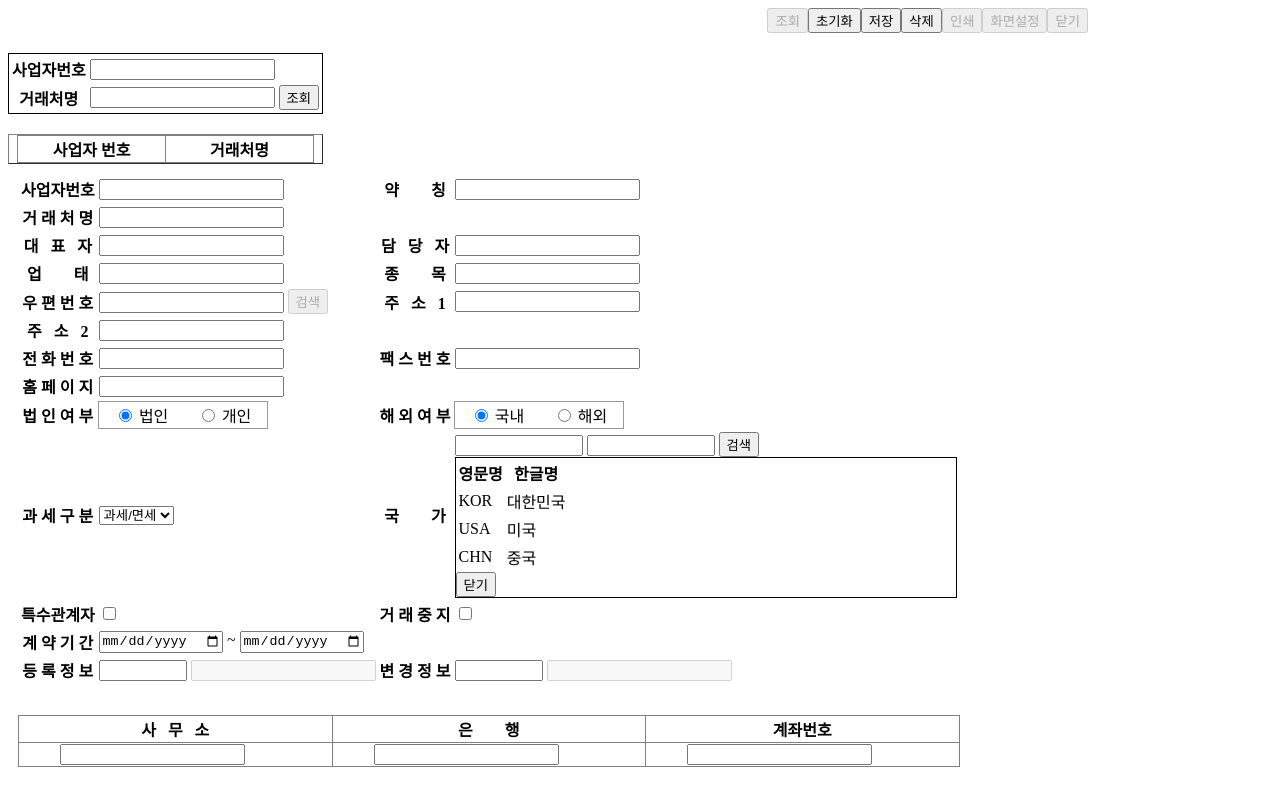
Repository: Chocobe/-practice-FrontSide-Tip
Page: http://localhost/wishTestProject/views/accountManager/accountManagerView.jsp
These files come from the project's save history. The page is drawn as it stood at one moment and after the next save; the edit follows.
The browser window is 1280 px wide. The pictures show the whole page.
The page is served by Tomcat 9. Nobody is signed in. The application's start-up code is not run. Other server files are loaded and not shown.

Above is the page before, as saved 2020-02-27 07:58:13.

### wishTest/wishTestProject/WebContent/views/accountManager/accountManagerView.jsp
<%@page import="java.util.Date"%>
<%@page import="java.io.File"%>
<%@ page
	language="java"
	contentType="text/html;charset=UTF-8"
	pageEncoding="UTF-8"

	info="거래처 관리 페이지"
%>

<%@ taglib prefix="c" uri="http://java.sun.com/jsp/jstl/core" %>

<c:set var="contextPath" value="<%= request.getContextPath() %>"/>


<%
	String accountManagerView_css = application.getRealPath("/css/accountManager/accountManagerView.css");
	File accountManagerView_css_file = new File(accountManagerView_css);
	Date accountManagerView_css_ver = new Date(accountManagerView_css_file.lastModified());

	String accountManagerView_js = application.getRealPath("/js/accountManager/accountManagerView.js");
	File accountManagerView_js_file = new File(accountManagerView_js);
	Date accountManagerView_js_ver = new Date(accountManagerView_js_file.lastModified());
%>

<c:set var="accountManagerView_css_ver" value="<%= accountManagerView_css_ver %>"/>
<c:set var="accountManagerView_js_ver" value="<%= accountManagerView_js_ver %>"/>


<!DOCTYPE html>
<html lang="ko">
    <head>
        <meta charset="UTF-8">
        <title>거래처 관리</title>

        <link href="${contextPath}/css/accountManager/accountManagerView.css?ver=${accountManagerView_css_ver}" rel="stylesheet" type="text/css">
    </head>

    <body>
        <div class="wrap">
            <!-- 버튼 컨테이너 -->
            <div class="buttonContainer">
                <input type="button" class="search" value="조회" disabled>
                <input type="button" class="init" value="초기화" onclick="initPage(`${contextPath}`);">
                <input type="button" class="insert" value="저장" onclick="insertData(`${contextPath}`);">
                <input type="button" class="delete" value="삭제" onclick="deleteData(`${contextPath}`);">
                <input type="button" class="print" value="인쇄" disabled>
                <input type="button" class="config" value="화면설정" disabled>
                <input type="button" class="close" value="닫기" disabled>
            </div>


            <!-- 검색 컨테이너 -->
            <div class="searchContainer">
                <!-- 검색창 -->
                <div class="searchInnerContainer">
                    <table>
                        <tr>
                            <th>사업자번호</th>

                            <td>
                                <input type="text" name="voBusiNum" class="searchVoBusiNum">
                            </td>

                            <td></td>
                        </tr>

                        <tr>
                            <th>거래처명</th>

                            <td>
                                <input type="text" name="voCustom" class="searchVoCustom">
                            </td>

                            <td>
                                <input type="submit" value="조회" onclick="searchData(`${contextPath}`);">
                            </td>
                        </tr>
                    </table>
                </div>


                <!-- 검색 결과창 -->
                <div class="resultContainer">
                    <table border="1" style="border-collapse: collapse">
                        <tr>
                            <th>사업자 번호</th>
                            <th>거래처명</th>
                        </tr>
                    </table>
                </div>
            </div>


            <!-- 입력 컨테이너 -->
            <!-- "저장"버튼 - js로 submit() -->
            <div class="insertContainer">
                <form class="insertForm" action="${contextPath}/insertCustom.do" method="POST">
                    <table>
                        <tr>
                            <th>사업자번호</th>

                            <td>
                                <input type="text" name="voBusiNum" class="voBusiNum">
                                <input type="hidden" name="voBusiNumOrigin" class="voBusiNumOrigin">
                            </td>


                            <th>약&nbsp;&nbsp;&nbsp;&nbsp;&nbsp;&nbsp;&nbsp;&nbsp;칭</th>

                            <td>
                                <input type="text" name="voShort" class="voShort">
                            </td>
                        </tr>

                        <tr>
                            <th>거 래 처 명</th>

                            <td colspan="4">
                                <input type="text" name="voCustom" class="voCustom longBox">
                            </td>
                        </tr>

                        <tr>
                            <th>대&nbsp;&nbsp;&nbsp;표&nbsp;&nbsp;&nbsp;자</th>

                            <td>
                                <input type="text" name="voCEO" class="voCEO">
                            </td>


                            <th>담&nbsp;&nbsp;&nbsp;당&nbsp;&nbsp;&nbsp;자</th>

                            <td>
                                <input type="text" name="voChargePerson" class="voChargePerson">
                            </td>
                        </tr>

                        <tr>
                            <th>업&nbsp;&nbsp;&nbsp;&nbsp;&nbsp;&nbsp;&nbsp;&nbsp;태</th>

                            <td>
                                <input type="text" name="voBusiCondition" class="voBusiCondition">
                            </td>


                            <th>종&nbsp;&nbsp;&nbsp;&nbsp;&nbsp;&nbsp;&nbsp;&nbsp;목</th>

                            <td>
                                <input type="text" name="voItem" class="voItem">
                            </td>
                        </tr>

                        <tr>
                            <th>우 편 번 호</th>

                            <td>
                                <input type="text" name="voPostNum" class="voPostNum">
                                <input type="button" class="postSearchButton" value="검색" disabled>
                            </td>

                            <th>주&nbsp;&nbsp;&nbsp;소&nbsp;&nbsp;&nbsp;1</th>

                            <td>
                                <input type="text" name="voAddr1" class="voAddr1">
                            </td>
                        </tr>

                        <tr>
                            <th>주&nbsp;&nbsp;&nbsp;소&nbsp;&nbsp;&nbsp;2</th>

                            <td colspan="3">
                                <input type="text" name="voAddr2" class="voAddr2">
                            </td>
                        </tr>

                        <tr>
                            <th>전 화 번 호</th>

                            <td>
                                <input type="text" name="voTEL" class="voTEL">
                            </td>

                            <th>팩 스 번 호</th>

                            <td>
                                <input type="text" name="voFAX" class="voFAX">
                            </td>
                        </tr>

                        <tr>
                            <th>홈 페 이 지</th>

                            <td colspan="3">
                                <input type="text" name="voHomePage" class="voHomePage">
                            </td>
                        </tr>

                        <tr>
                            <th>법 인 여 부</th>

                            <td class="alignTD" style="border: 1px solid #999;">
                                <div class="radioWrap">
                                    <input type="radio" name="voCoYN" class="voCoYN voCoYN_Y" id="voCoYN_L" value="Y" checked>
                                    <label for="voCoYN_L">법인</label>
                                </div>

                                <div class="radioWrap">
                                    <input type="radio" name="voCoYN" class="voCoYN voCoYN_N" id="voCoYN_P" value="N">
                                    <label for="voCoYN_P">개인</label>
                                </div>
                            </td>

                            <th>해 외 여 부</th>

                            <td class="alignTD" style="border: 1px solid #999;">
                                <div class="radioWrap">
                                    <input type="radio" name="voForeignYN" class="voForeignYN voForeignYN_N" id="voForeignYN_L" value="N" checked>
                                    <label for="voForeignYN_L">국내</label>
                                </div>

                                <div class="radioWrap">
                                    <input type="radio" name="voForeignYN" class="voForeignYN voForeignYN_Y" id="voForeignYN_P" value="Y">
                                    <label for="voForeignYN_P">해외</label>
                                </div>
                            </td>
                        </tr>

                        <tr>
                            <th>과 세 구 분</th>

                            <td>
                                <select name="voTaxYN" class="voTaxYN">
                                    <option value="Y" selected>과세/면세</option>
                                    <option value="N">비과세</option>
                                </select>
                            </td>

                            <th>국&nbsp;&nbsp;&nbsp;&nbsp;&nbsp;&nbsp;&nbsp;&nbsp;가</th>

                            <td>
                                <!-- 수정불가로 변경할 것 -->
                                <input type="text" name="voCountryENG" class="voCountryENG">
                                <input type="text" name="voCountryKOR" class="voCountryKOR">

                                <!-- js로 국가 목록 출력 & 위의 입력값에 대입 -->
                                <input type="button" value="검색" onclick="">

                                <div class="countryPop">
                                    <table>
                                        <tr>
                                            <th>영문명</th>
                                            <th>한글명</th>
                                        </tr>

                                        <tr>
                                            <td>KOR</td>
                                            <td>대한민국</td>
                                        </tr>

                                        <tr>
                                            <td>USA</td>
                                            <td>미국</td>
                                        </tr>

                                        <tr>
                                            <td>CHN</td>
                                            <td>중국</td>
                                        </tr>
                                    </table>

                                    <input type="button" class="countryPopCloseButton" value="닫기" onclick="">
                                </div>
                            </td>
                        </tr>

                        <tr>
                            <th>특수관계자</th>

                            <td>
                                <input type="checkbox" name="voSpecialRelation" class="voSpecialRelation" value="Y">
                            </td>

                            <th>거 래 중 지</th>

                            <td>
                                <input type="checkbox" name="voTradeStop" class="voTradeStop" value="Y">
                            </td>
                        </tr>

                        <tr>
                            <th>계 약 기 간</th>

                            <td colspan="3">
                                <input type="date" name="voContractPeriod_S" class="voContractPeriod_S">
                                ~
                                <input type="date" name="voContractPeriod_E" class="voContractPeriod_E">
                            </td>
                        </tr>

                        <tr>
                            <th>등 록 정 보</th>

                            <td>
                                <input type="text" name="voRegiInfoMan" class="voRegiInfoMan">
                                <input type="text" name="voRegiInfoDate" class="voRegiInfoDate" disabled>
                            </td>

                            <th>변 경 정 보</th>

                            <td>
                                <input type="text" name="voModiInfoMan" class="voModiInfoMan">
                                <input type="text" name="voModiInfoDate" class="voModiInfoDate" disabled>
                            </td>
                        </tr>
                    </table>


                    <!-- 거래처 계좌정보 -->
                    <table class="accountInfoTable" border="1" style="border-collapse: collapse;">
                        <tr>
                            <th>사&nbsp;&nbsp;&nbsp;무&nbsp;&nbsp;&nbsp;소</th>
                            <th>은&nbsp;&nbsp;&nbsp;&nbsp;&nbsp;&nbsp;&nbsp;&nbsp;행</th>
                            <th>계좌번호</th>
                        </tr>

                        <tr>
                            <td>
                                <input type="text" name="voFactory" class="voFactory">
                            </td>

                            <td>
                                <input type="text" name="voTradeBank" class="voTradeBank">
                            </td>

                            <td>
                                <input type="text" name="voAccountNum" class="voAccountNum">
                            </td>
                        </tr>
                    </table>
                </form>
            </div>
        </div>


        <script src="http://code.jquery.com/jquery-latest.min.js"></script>
        <script src="${contextPath}/js/accountManager/accountManagerView.js?ver=${accountManagerView_js_ver}" type="text/javascript"></script>
    </body>
</html>

### wishTest/wishTestProject/WebContent/css/accountManager/accountManagerView.css
@charset "UTF-8";

/* .wrap */
    .wrap {
        width: 1080px;

        display: flex;
        flex-flow: row wrap;

        position: relative;
    }


/* .buttonContainer */
    .buttonContainer {
        width: 100%;

        margin-bottom: 20px;

        display: flex;
        flex-flow: row wrap;
        justify-content: flex-end;
    }


/* .searchContainer */
    .searchContainer {
        margin-right: 10px;
        position: relative;
    }


    /* .searchInnerContainer */
    .searchContainer .searchInnerContainer {
        border: 1px solid #000;

        margin-bottom: 20px;
    }


    /* .resultContainer */
    .searchContainer .resultContainer {
    }

    .searchContainer .resultContainer table {
        display: flex;
        justify-content: center;
    }

    .searchContainer .resultContainer table tr th,
    .searchContainer .resultContainer table tr td {
        width: 145px;

        text-align: center;
    }



    .insertContainer .insertForm {
        padding: 10px;
    }

    .insertContainer .insertForm tr .alignTD {
        width: 166px;

        display: flex;
        flex-flow: row wrap;
        justify-content: space-around;
    }

    .insertContainer .insertForm .voCountryENG,
    .insertContainer .insertForm .voCountryKOR {
        width: 120px;
    }


    .insertContainer .insertForm .countryPop {
    	width: 500px;

    	border: 1px solid #000;
    }



    /* .accountInfoTable */
    .accountInfoTable {
        width: 100%;

        margin-top: 30px;
    }

    .accountInfoTable tr td input {
        margin-left: 40px;
        text-align: center;
    }

    .voRegiInfoMan,
    .voModiInfoMan {
    	width: 80px;
    }

### wishTest/wishTestProject/WebContent/js/accountManager/accountManagerView.js
let parsedJSON = null;
let insertButtonURL;

const insertURL = "/insertAccountManagerData.do";
const updateURL = "/updateAccountManagerData.do";

// 초기화
$(function() {
	insertButtonURL = insertURL;
});


// 입력창 초기화
	function initPage(context) {
		location.href = context + "/accountManagerView.do";
	}


// 거래처 검색버튼 메서드
	function searchData(context) {
		const resultContainerTable = $(".resultContainer").children("table").children("tbody");

		const voBusiNum = $(".searchVoBusiNum").val();
		const voCustom = $(".searchVoCustom").val();

		$.ajax({
			type: "POST",
			async: true,
			url: context + "/searchAccountManagerData.do",
			dataType: "TEXT",
			data: {
				"voBusiNum": voBusiNum,
				"voCustom": voCustom
			},
			success: function(jsonString, status) {
				insertButtonURL = updateURL;

				parsedJSON = JSON.parse(jsonString);
				$(".searchCustomData").remove();

				if(parsedJSON == null) {
					alert("데이터를 찾을 수 없습니다.");
					return;
				}

				const tr = $("<tr>").attr({
					"class": "searchCustomData",
				});
				const newBusiNum = $("<td>").text(parsedJSON.customVO.voBusiNum);
				const newCustom = $("<td>").text(parsedJSON.customVO.voCustom);

				$(tr).dblclick(function() {
					viewTotalData();
					alert(insertButtonURL);
				});


				$(tr).append(newBusiNum);
				$(tr).append(newCustom);

				$(resultContainerTable).append(tr);

				/* 출력형식
	            <tr class="searchCustomData">
	                <td>111-11-11111</td>
	                <td>롯데마트</td>
	            </tr>
	            */
			}
		});
	}


	function viewTotalData() {
		/* CUSTOM 데이터 */
		$(".voBusiNum").val(parsedJSON.customVO.voBusiNum);
		$(".voBusiNumOrigin").val(parsedJSON.customVO.voBusiNum);
		$(".voCustom").val(parsedJSON.customVO.voCustom);
		$(".voShort").val(parsedJSON.customVO.voShort);

		$(".voCEO").val(parsedJSON.customVO.voCEO);
		$(".voChargePerson").val(parsedJSON.customVO.voChargePerson);
		$(".voBusiCondition").val(parsedJSON.customVO.voBusiCondition);
		$(".voItem").val(parsedJSON.customVO.voItem);
		$(".voPostNum").val(parsedJSON.customVO.voPostNum);

		$(".voAddr1").val(parsedJSON.customVO.voAddr1);
		$(".voAddr2").val(parsedJSON.customVO.voAddr2); // jj

		$(".voTEL").val(parsedJSON.customVO.voTEL);
		$(".voFAX").val(parsedJSON.customVO.voFAX);
		$(".voHomePage").val(parsedJSON.customVO.voHomePage);


		const voCoYN = parsedJSON.customVO.voCoYN;
		if(voCoYN == "N") {
			$(".voCoYN_N").prop("checked", true);
		}

		const voForeignYN = parsedJSON.customVO.voForeignYN;
		if(voForeignYN == "Y") {
			$(".voForeignYN_Y").prop("checked", true);
		}

		const voTaxYN = parsedJSON.customVO.voTaxYN;
		if(voTaxYN == "N") {
			$(".voTaxYN").val("N");
		}

		$(".voCountryENG").val(parsedJSON.customVO.voCountryENG);
		$(".voCountryKOR").val(parsedJSON.customVO.voCountryKOR);

		const voSpecialRelation = parsedJSON.customVO.voSpecialRelation;
		if(voSpecialRelation == "Y") {
			$(".voSpecialRelation").prop("checked", true);
		}

		const voTradeStop = parsedJSON.customVO.voTradeStop;
		if(voTradeStop == "Y") {
			$(".voTradeStop").prop("checked", true);
		}

		$(".voContractPeriod_S").val(parsedJSON.customVO.voContractPeriod_S_String);
		$(".voContractPeriod_E").val(parsedJSON.customVO.voContractPeriod_E_String);

		$(".voRegiInfoMan").val(parsedJSON.customVO.voRegiInfoMan);
		$(".voRegiInfoDate").val(parsedJSON.customVO.voRegiInfoDate_String);

		$(".voModiInfoMan").val(parsedJSON.customVO.voModiInfoMan);
		$(".voModiInfoDate").val(parsedJSON.customVO.voModiInfoDate_String);

		/* ACCOUNT 데이터 */
		$(".voFactory").val(parsedJSON.accountVO.voFactory);
		$(".voTradeBank").val(parsedJSON.accountVO.voTradeBank);
		$(".voAccountNum").val(parsedJSON.accountVO.voAccountNum);
	}


// 거래처 데이터 저장버튼 메서드
	function insertData(context) {
		$.ajax({
			type: "POST",
			async: true,
			url: context + insertButtonURL,
			dataType: "TEXT",
			data: {
				"voBusiNum": $(".voBusiNum").val(),
				"voBusiNumOrigin": $(".voBusiNumOrigin").val(),
				"voCustom": $(".voCustom").val(),
				"voShort": $(".voShort").val(),

				"voCEO": $(".voCEO").val(),
				"voChargePerson": $(".voChargePerson").val(),
				"voBusiCondition": $(".voBusiCondition").val(),
				"voItem": $(".voItem").val(),
				"voPostNum": $(".voPostNum").val(),

				"voAddr1": $(".voAddr1").val(),
				"voAddr2": $(".voAddr2").val(),

				"voTEL": $(".voTEL").val(),
				"voFAX": $(".voFAX").val(),
				"voHomePage": $(".voHomePage").val(),

				"voCoYN": $(".voCoYN:checked").val(),
				"voForeignYN": $(".voForeignYN:checked").val(),
				"voTaxYN": $(".voTaxYN").val(),

				"voCountryENG": $(".voCountryENG").val(),
				"voCountryKOR": $(".voCountryKOR").val(),

				"voSpecialRelation": $(".voSpecialRelation:checked").val(),
				"voTradeStop": $(".voTradeStop:checked").val(),

				"voContractPeriod_S": $(".voContractPeriod_S").val(),
				"voContractPeriod_E": $(".voContractPeriod_E").val(),

				"voRegiInfoMan": $(".voRegiInfoMan").val(),
				"voRegiInfoDate": $(".voRegiInfoDate").val(),
				"voModiInfoMan": $(".voModiInfoMan").val(),
				"voModiInfoDate": $(".voModiInfoDate").val(),

				"voFactory": $(".voFactory").val(),
				"voTradeBank": $(".voTradeBank").val(),
				"voAccountNum": $(".voAccountNum").val()
			},
			success: function(result, status) {
				if(result == 1) {
					alert("데이터 저장 완료");

				} else {
					alert("데이터 저장 실패...");
				}

				location.href = context + "/accountManagerView.do";
			}
		});
	}


// 거래처 데이터 삭제버튼 메서드
	function deleteData(context) {
		const voBusiNum = $(".voBusiNum").val();

		$.ajax({
			type: "POST",
			async: true,
			url: context + "/deleteAccountManagerData.do",
			dataType: "TEXT",
			data: {
				"voBusiNum": voBusiNum
			},
			success: function(resultValue, status) {
				if(resultValue > 0) {
					alert(voBusiNum + " 데이터가 삭제 되었습니다.");
					location.href = context + "/accountManagerView.do";

				} else {
					alert(voBusiNum + " (은)는 존재하지 않는 데이터 입니다.");
				}
			}
		});
	}

After the next save:
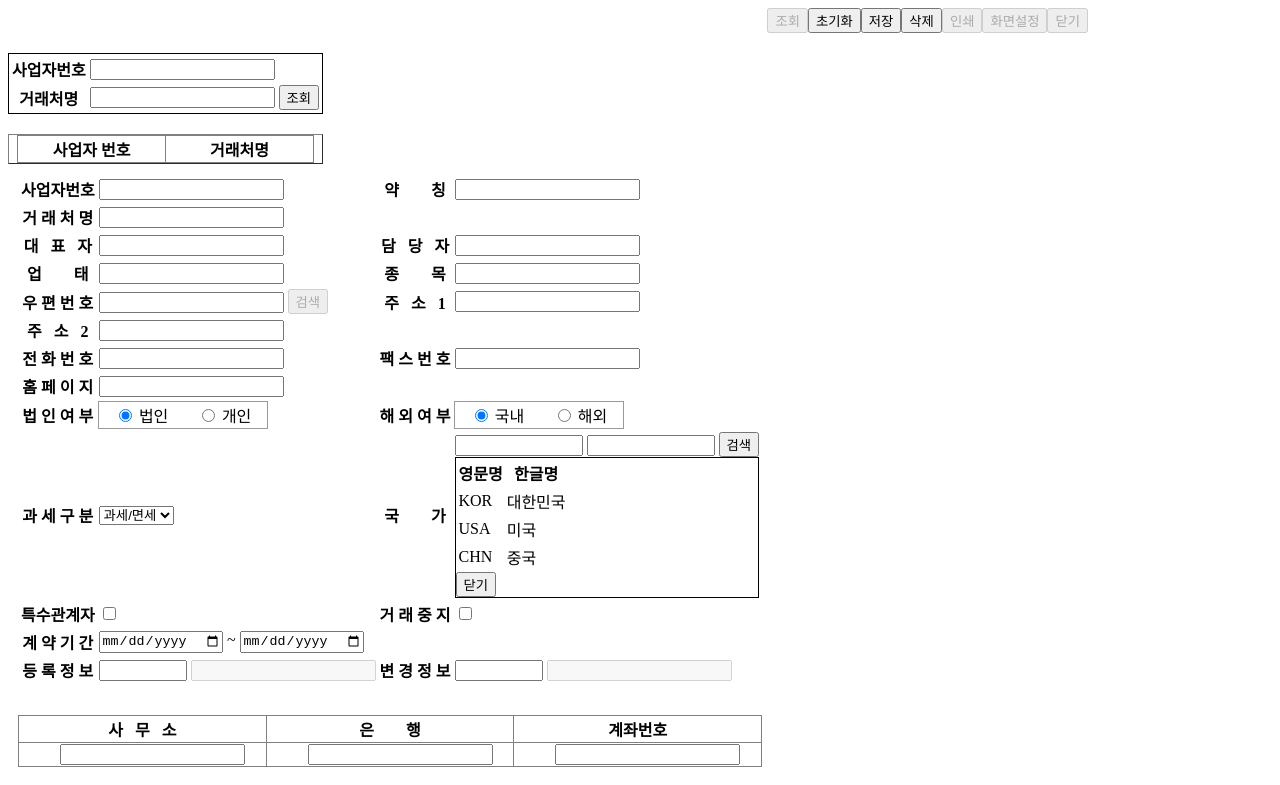
Saved 12 s later.
--- a/wishTest/wishTestProject/WebContent/css/accountManager/accountManagerView.css
+++ b/wishTest/wishTestProject/WebContent/css/accountManager/accountManagerView.css
@@ -75,8 +75,6 @@
 
 
     .insertContainer .insertForm .countryPop {
-    	width: 500px;
-
     	border: 1px solid #000;
     }
 
